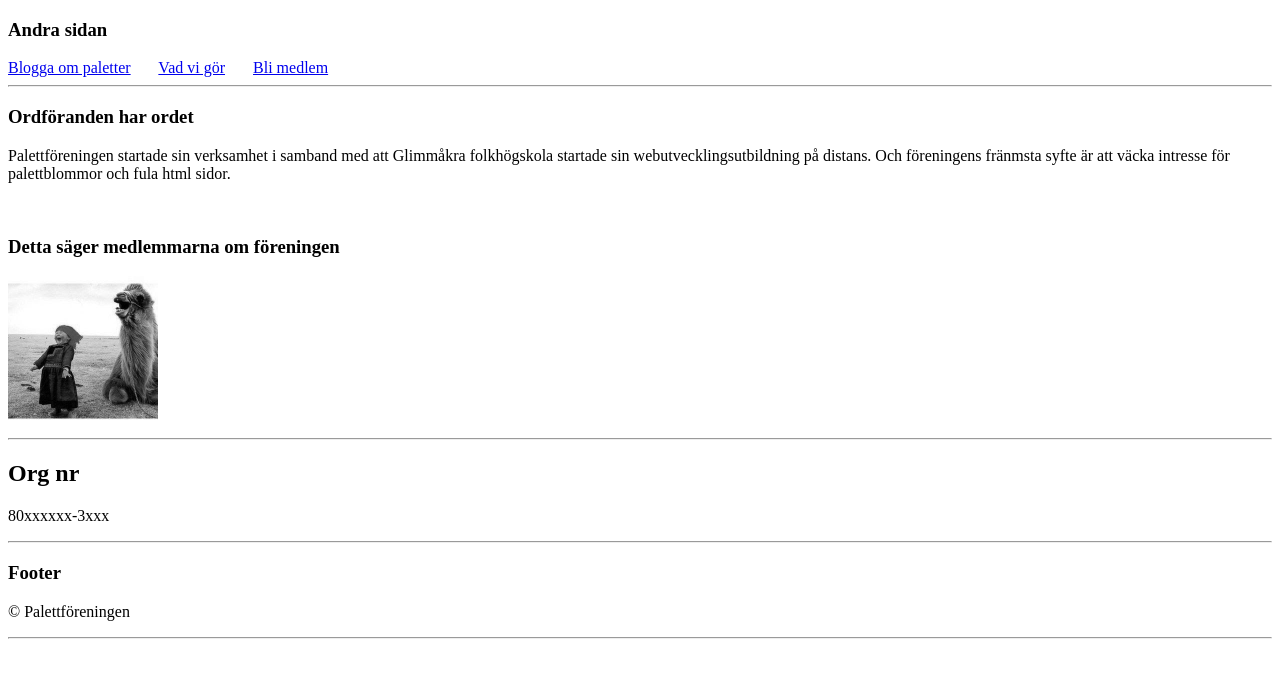
Repository: Webutveckling-20-21/Uppgift-1
Page: verksamheten.html
An editor plug-in stored every save of this project. The page is shown before and after the next save, followed by the edit.
The browser window is 1280 px wide. The pictures show the whole page.

Above is the page before, as saved 2021-09-07 12:10:54.

After the next save:
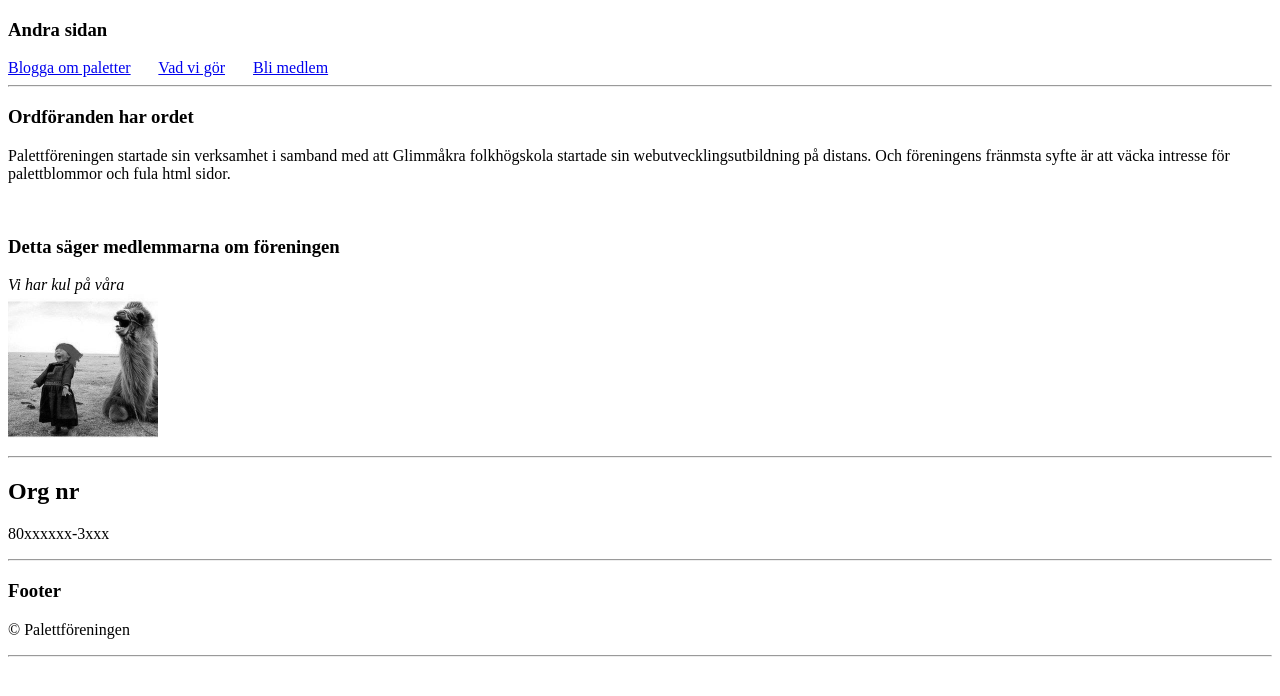
Saved 7 s later.
--- a/verksamheten.html
+++ b/verksamheten.html
@@ -32,7 +32,7 @@
 
             <h3>Detta säger medlemmarna om föreningen</h3>
 
-            <cite></cite>
+            <cite>Vi har kul på våra</cite>
 
 
 
